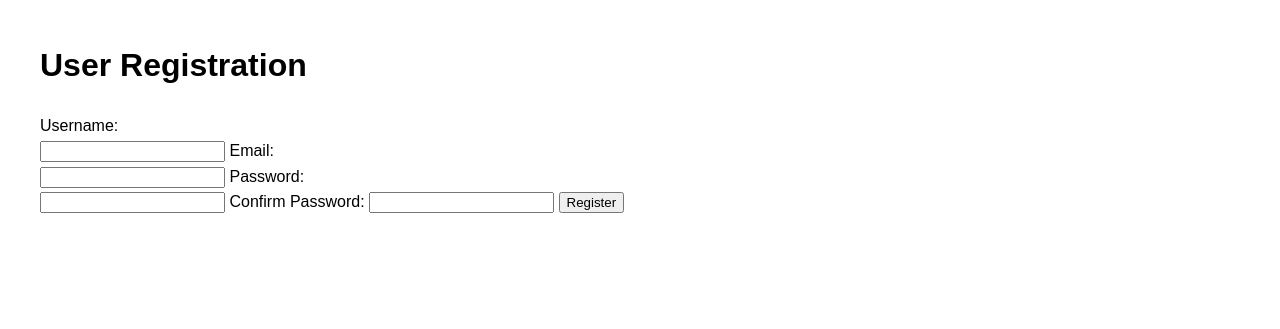
Repository: margo-m-chen/group_project
Page: user_registration.html
These files come from the project's save history. The page is drawn as it stood at one moment and after the next save; the edit follows.
The browser window is 1280 px wide. The pictures show the whole page.

Above is the page before, as saved 2025-07-21 15:06:13.

### user_registration.html
<!DOCTYPE html>
<html lang="en">

<head>
    <meta charset="UTF-8">
    <meta name="viewport" content="width=device-width, initial-scale=1.0">
    <title>User Registration</title>
    <link rel="stylesheet" href="style.css">
    <style>
        .error-message {
            color: red;
            font-size: 14px;
            margin-top: 5px;
            display: none;
        }

        .error-input {
            border: 2px solid red;
        }
    </style>
</head>

<body>
    <h1>User Registration</h1>
    <form id="regForm" action="register.form" method="POST" onsubmit="return validateForm()">
        <label for="username">Username:</label><br> <input type="text" id="username" name="username" required>


        <label for="email">Email:</label><br>
        <input type="email" id="email" name="email" required>


        <label for="password">Password:</label><br>
        <input type="password" id="password" name="password" required>
        <div class="error-message" id="password-error"></div>

        <label for="confirm_password">Confirm Password:</label>
        <input type="password" id="confirm_password" name="confirm_password" required>
        <div class="error-message" id="confirm-password-error"></div>

        <button type="submit">Register</button>
    </form>
    <script>
        function validateForm() {
            let hasError = false;
            // 先清除所有错误提示
            clearErrors();

            const password = document.getElementById('password').value;
            const confirmPassword = document.getElementById('confirm_password').value;

            // 验证密码长度
            if (password.length < 8) {
                showError('password', 'password-error', '密码长度至少8位');
                hasError = true;
            }
            // 验证密码匹配
            if (password !== confirmPassword) {
                showError('confirm_password', 'confirm-password-error', '两次密码输入不一致');
                hasError = true;
            }

            return !hasError;
        }

        function showError(inputId, messageId, message) {
            const input = document.getElementById(inputId);
            const errorDiv = document.getElementById(messageId);
            input.classList.add('error-input');
            errorDiv.style.display = 'block';
            errorDiv.innerText = message;
        }

        function clearErrors() {
            const errorInputs = document.querySelectorAll('.error-input');
            errorInputs.forEach(input => input.classList.remove('error-input'));

            const errorMessages = document.querySelectorAll('.error-message');
            errorMessages.forEach(div => {
                div.style.display = 'none';
                div.innerText = '';
            });
        }
    </script>

</body>

</html>

### style.css
body {
    font-family: Arial, sans-serif;
    margin: 40px;
    line-height: 1.6;

}

h2 {
    color: #15c60b;
}

p {
    font-family: Arial, Helvetica, sans-serif;
}

/* Image Slider Styles */
.slider-container {
    position: relative;
    max-width: 600px;
    margin: 20px auto;
    overflow: hidden;
    border-radius: 10px;
    box-shadow: 0 4px 8px rgba(0, 0, 0, 0.3);
}

.slider {
    display: flex;
    transition: transform 0.5s ease-in-out;
}

.slide {
    min-width: 100%;
    height: 400px;
}

.slide img {
    width: 100%;
    height: 100%;
    object-fit: cover;
}

.prev,
.next {
    position: absolute;
    top: 50%;
    transform: translateY(-50%);
    background-color: rgba(0, 0, 0, 0.5);
    color: white;
    border: none;
    padding: 16px;
    cursor: pointer;
    font-size: 18px;
    border-radius: 0 3px 3px 0;
    user-select: none;
}

.next {
    right: 0;
    border-radius: 3px 0 0 3px;
}

.prev:hover,
.next:hover {
    background-color: rgba(0, 0, 0, 0.8);
}

.dots-container {
    text-align: center;
    padding: 20px;
}

.dot {
    cursor: pointer;
    height: 15px;
    width: 15px;
    margin: 0 5px;
    background-color: #bbb;
    border-radius: 50%;
    display: inline-block;
    transition: background-color 0.3s ease;
}

.dot:hover,
.dot.active {
    background-color: #717171;
}

After the next save:
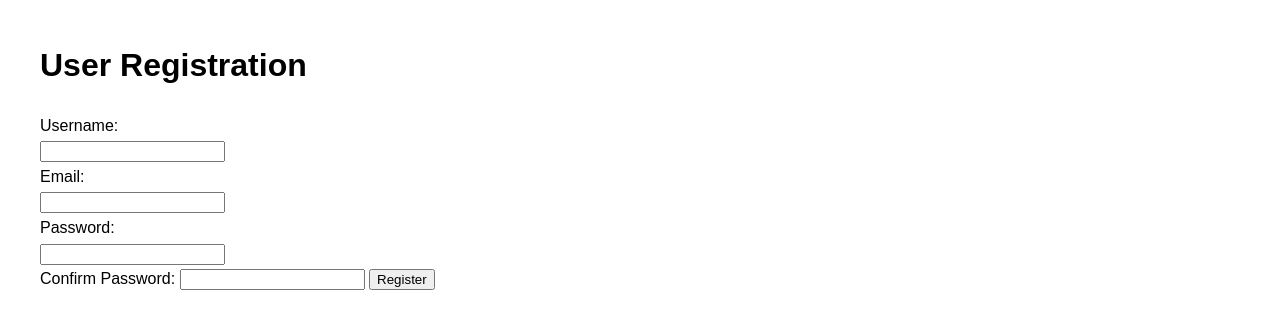
Saved 29 s later.
--- a/user_registration.html
+++ b/user_registration.html
@@ -23,15 +23,16 @@
 <body>
     <h1>User Registration</h1>
     <form id="regForm" action="register.form" method="POST" onsubmit="return validateForm()">
-        <label for="username">Username:</label><br> <input type="text" id="username" name="username" required>
+        <label for="username">Username:</label><br>
+        <input type="text" id="username" name="username" required><br>
 
 
         <label for="email">Email:</label><br>
-        <input type="email" id="email" name="email" required>
+        <input type="email" id="email" name="email" required><br>
 
 
         <label for="password">Password:</label><br>
-        <input type="password" id="password" name="password" required>
+        <input type="password" id="password" name="password" required><br>
         <div class="error-message" id="password-error"></div>
 
         <label for="confirm_password">Confirm Password:</label>
